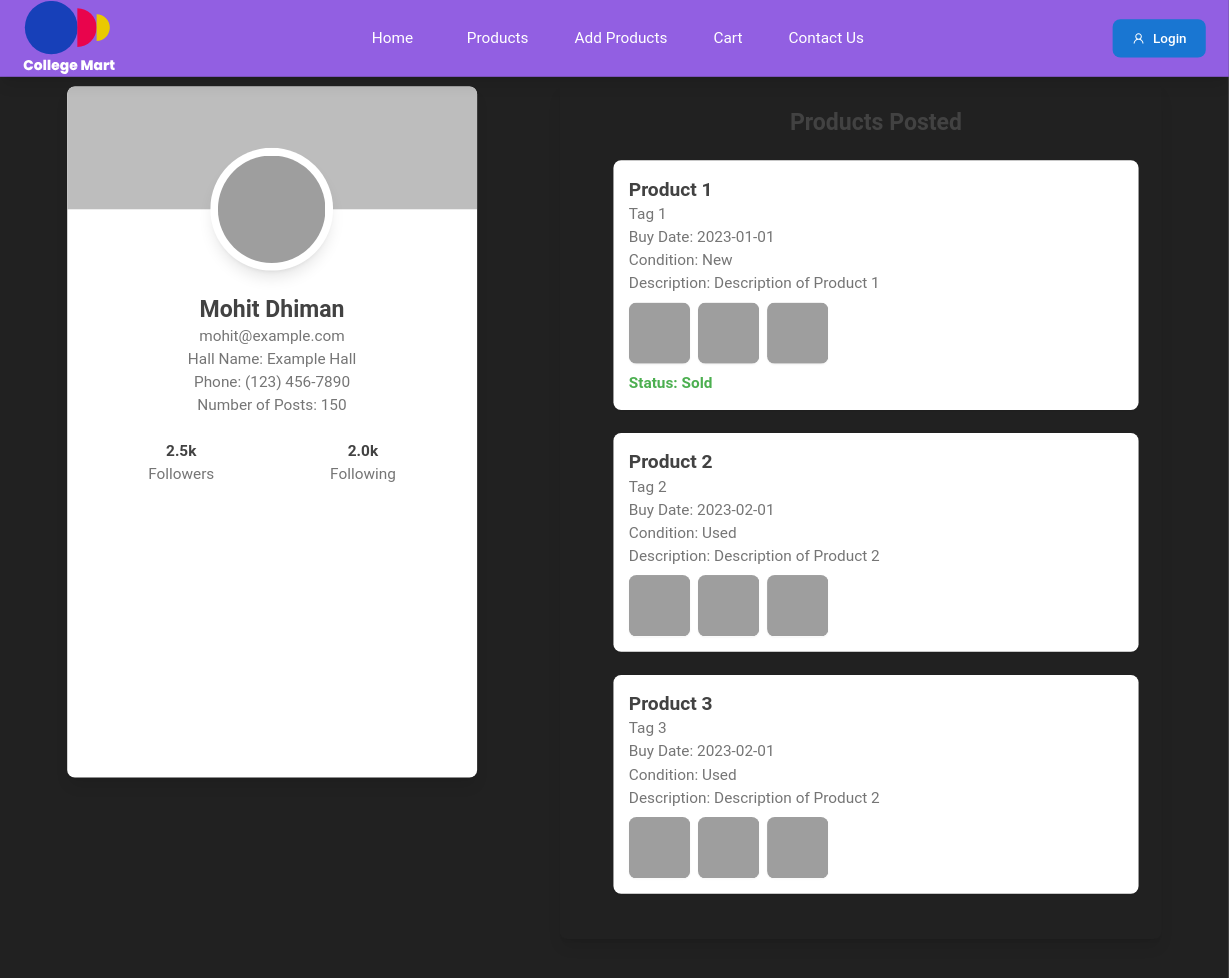
Repository: kumar1397/College-Mart
Page: /home/profile
These files come from the project's save history. The page is drawn as it stood at one moment and after the next save; the edit follows.
The browser window is 1280 px wide. The pictures show the whole page, at 96% of full size.
Pictures or frames that could not be fetched are drawn as grey boxes. Some web fonts or font styles are not loaded; a fallback is used. Some web libraries are served in a nearby version. The project was rebuilt for these pictures with package versions that can differ from the ones it lists, and the page was loaded fresh each time. Also part of the build but not shown: src/components/forgetPassword/forgetpassword.jsx, src/components/Auth.js, src/components/hero/Heronavbar.jsx, src/components/hero/footer.jsx, src/components/hero/Carousel.jsx, src/components/hero/Hero.jsx, src/components/new-home-page/header.jsx, src/components/new-home-page/footer_cont.jsx and 12 more.

Above is the page before, as saved 2024-07-15 16:20:15.

After the next save:
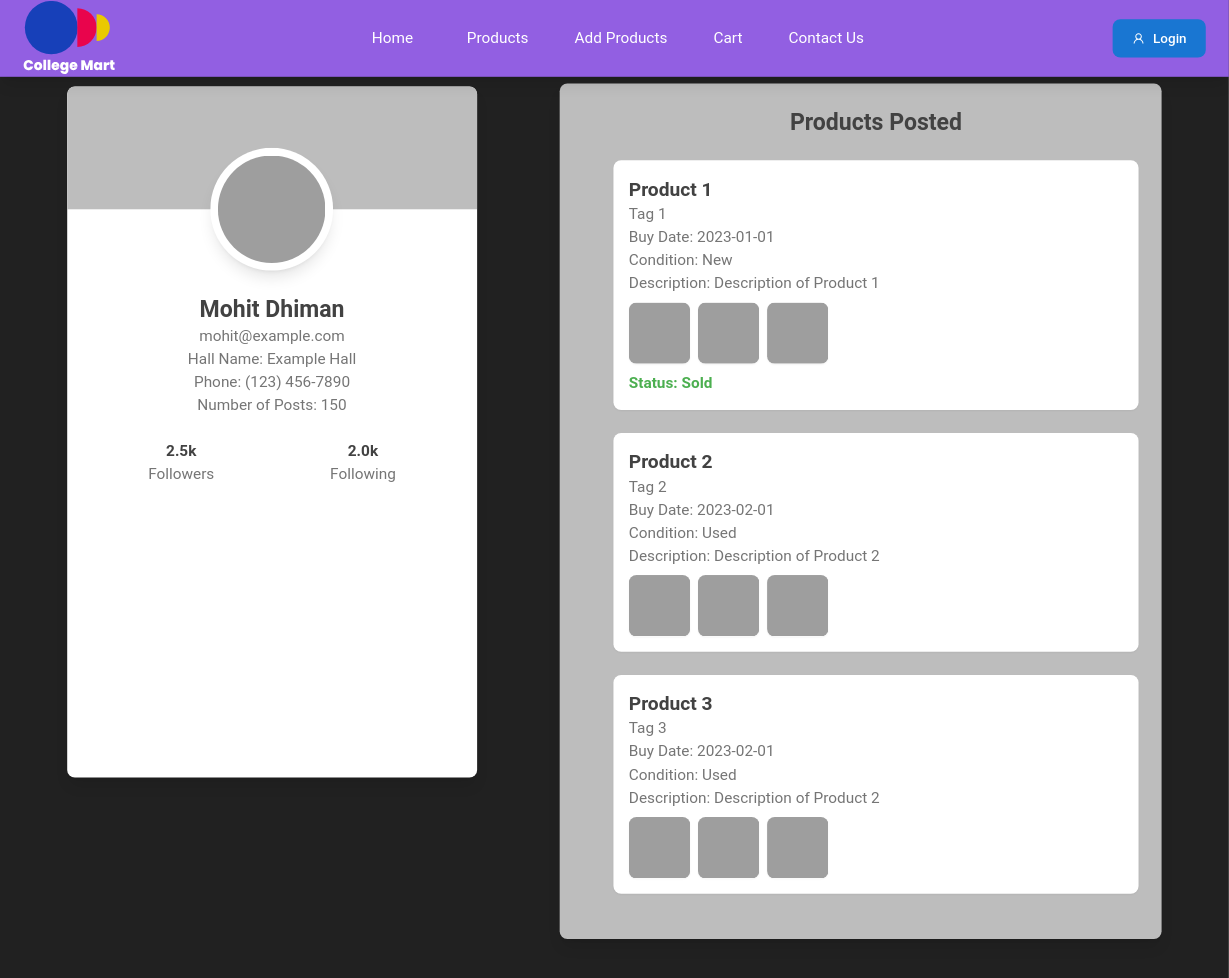
Saved 6 s later.
--- a/src/components/profile/profile.jsx
+++ b/src/components/profile/profile.jsx
@@ -63,7 +63,7 @@ export default function Profile() {
                         </div>
                     </div>
 
-                    <div className="lg:ml-1/3 w-full bg-gray-00 rounded-lg shadow-lg overflow-y-auto h-full pl-8" style={{ marginLeft: "45%" , marginTop: "2%"}}>
+                    <div className="lg:ml-1/3 w-full bg-gray-400 rounded-lg shadow-lg overflow-y-auto h-full pl-8" style={{ marginLeft: "45%" , marginTop: "2%"}}>
                         <div className="p-6">
                             <h2 className="text-2xl font-semibold text-gray-800 text-center">Products Posted</h2>
                             <div className="mt-6 space-y-6">
